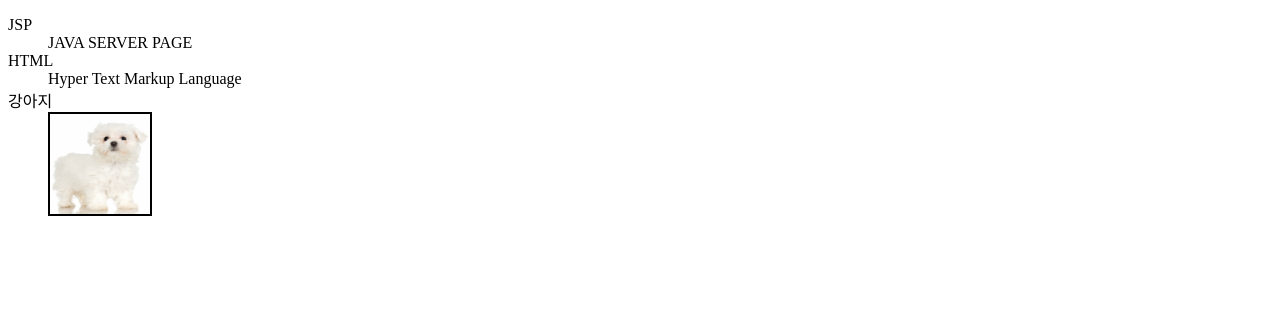
Repository: salee1023/JSP_Practice
Page: HTML_CSS_JS_practice01/src/main/webapp/html02.htm
The author's editor kept a copy of each file at every save. The page is drawn from the files as they stood at one save, then again after the next save.
The browser window is 1280 px wide. The pictures show the whole page.

Above is the page before, as saved 2021-08-16 10:28:36.

### HTML_CSS_JS_practice01/src/main/webapp/html02.htm
<!DOCTYPE html>
<html>
<head>
<meta charset="EUC-KR">
<title>Insert title here</title>
</head>
<body>
	<dl> <!-- Dictionary List -->
		<dt>JSP</dt>
		<dd>JAVA SERVER PAGE</dd>
		<dt>HTML</dt>
		<dd>Hyper Text Markup Language</dd>
		<dt>강아지</dt>
		<dd><img src="img/1.PNG" width="100" height="100" border="2"></dd>
	</dl>
</body>
</html>

After the next save:
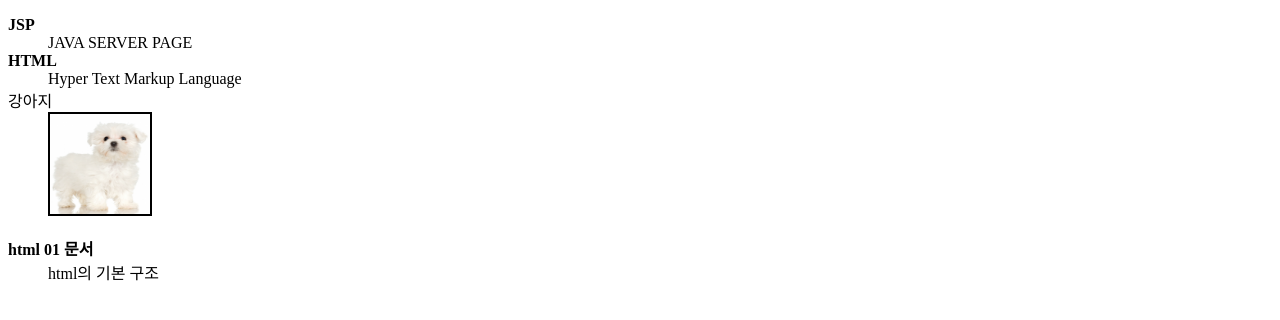
Saved 81 s later.
--- a/HTML_CSS_JS_practice01/src/main/webapp/html02.htm
+++ b/HTML_CSS_JS_practice01/src/main/webapp/html02.htm
@@ -6,12 +6,15 @@
 </head>
 <body>
 	<dl> <!-- Dictionary List -->
-		<dt>JSP</dt>
+		<dt><b>JSP</b></dt>
 		<dd>JAVA SERVER PAGE</dd>
-		<dt>HTML</dt>
+		<dt><strong>HTML</strong></dt>
 		<dd>Hyper Text Markup Language</dd>
 		<dt>강아지</dt>
 		<dd><img src="img/1.PNG" width="100" height="100" border="2"></dd>
 	</dl>
+
+	<dt><b>html 01 문서</b></dt>
+	<dd>html의 기본 구조</dd>
 </body>
 </html>
